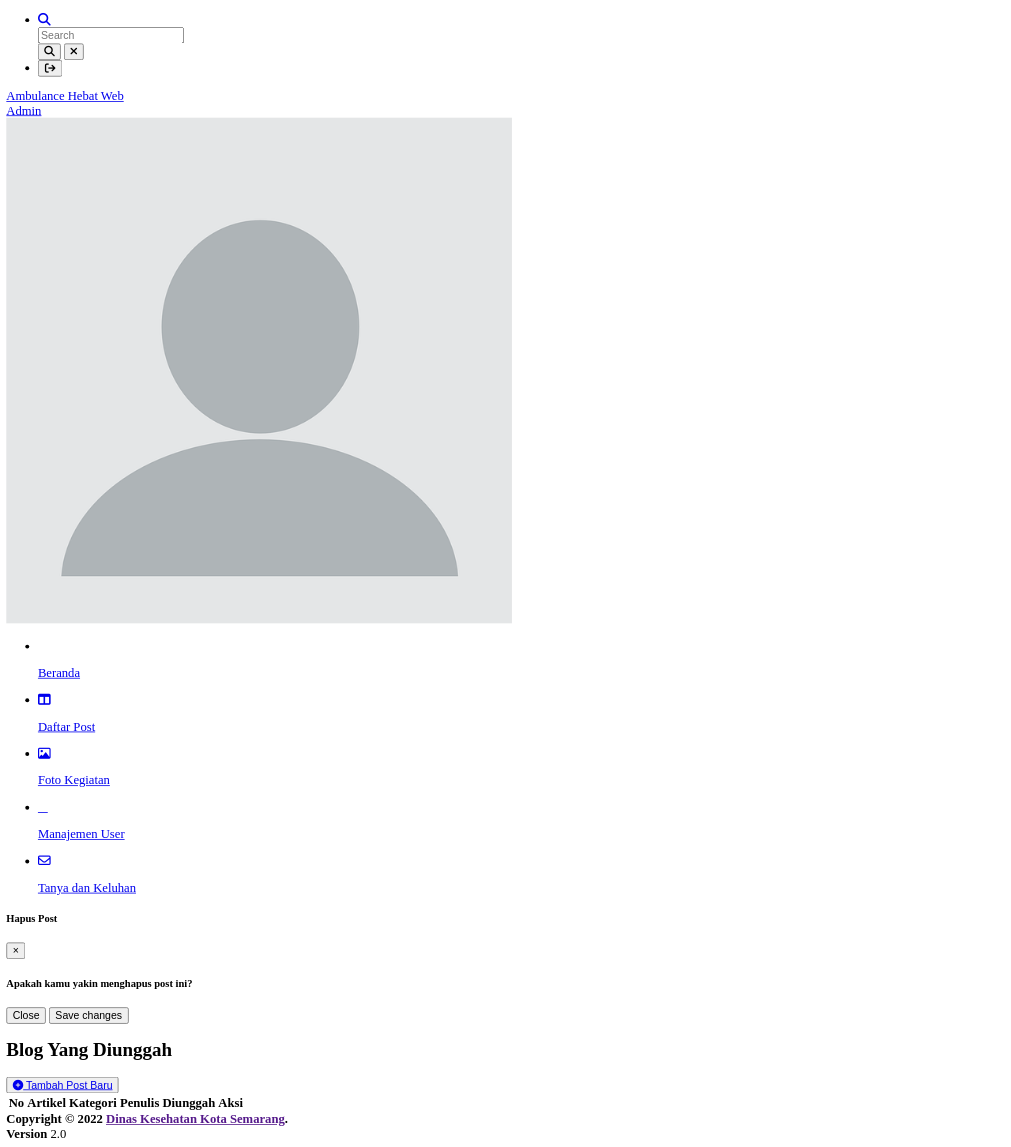
Repository: roningrum/admin-aha
Page: resources/views/dashboard/post/posts.blade.php
An editor plug-in stored every save of this project. The page is shown before and after the next save, followed by the edit.
The browser window is 1280 px wide. The pictures show the whole page, at 79% of full size.
Some icons come from a web library that is not loaded, so they are not drawn. Some web fonts or font styles are not loaded; a fallback is used. Some web libraries are served in a nearby version. The page is served by the project's Laravel application, run on PHP 8.4 with Laravel 8. The template is opened directly, without the code that normally fills it, so the values that code supplies are empty.

Above is the page before, as saved 2022-11-23 14:16:46.
Console error: ReferenceError: $ is not defined

After the next save:
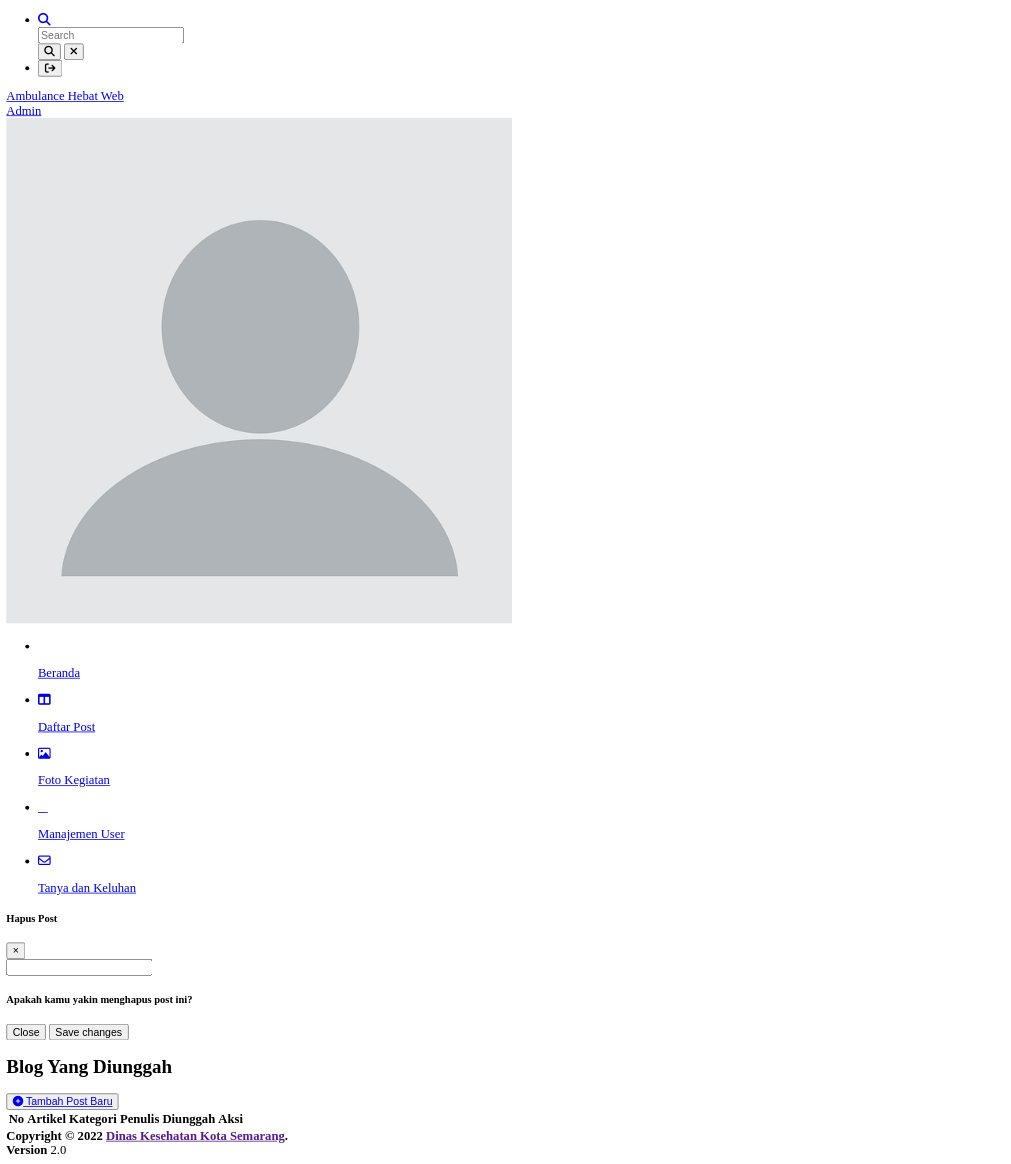
Saved 39 s later.
--- a/resources/views/dashboard/post/posts.blade.php
+++ b/resources/views/dashboard/post/posts.blade.php
@@ -11,6 +11,7 @@
           </button>
         </div>
         <div class="modal-body">
+            <input type="text" name="slug" id="slug">
           <h5>Apakah kamu yakin menghapus post ini?</h5>
         </div>
         <div class="modal-footer">
